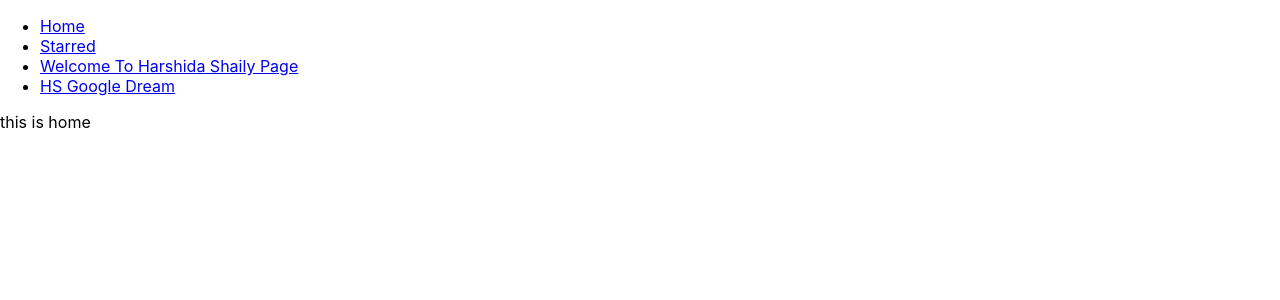
Repository: HARSHIDA18/box-office
Page: /
An editor plug-in stored every save of this project. The page is shown before and after the next save, followed by the edit.
The browser window is 1280 px wide. The pictures show the whole page.
The project was rebuilt for these pictures with package versions that can differ from the ones it lists, and the page was loaded fresh each time. A package was used in the major version that the imports need, not the one package.json lists. Also part of the build but not shown: src/pages/Starred.js. Imported but missing from the stored project, and not drawn on this page: src/serviceWorkerRegistration.

Above is the page before, as saved 2022-06-17 00:42:08.

After the next save:
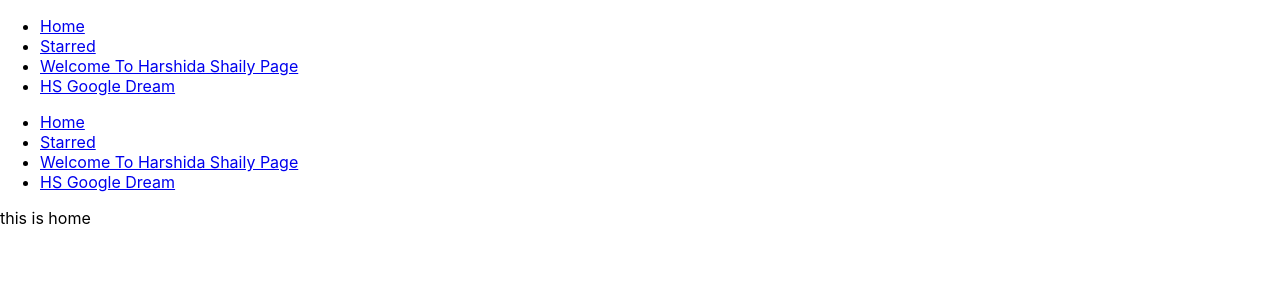
Saved 29 s later.
--- a/src/pages/Home.js
+++ b/src/pages/Home.js
@@ -1,7 +1,8 @@
 import React from 'react';
+import MainPageLayout from '../components/MainPageLayout';
 
 function Home() {
-  return <div>this is home</div>;
+  return <MainPageLayout>this is home</MainPageLayout>;
 }
 
 export default Home;

After the 2 saves that followed:
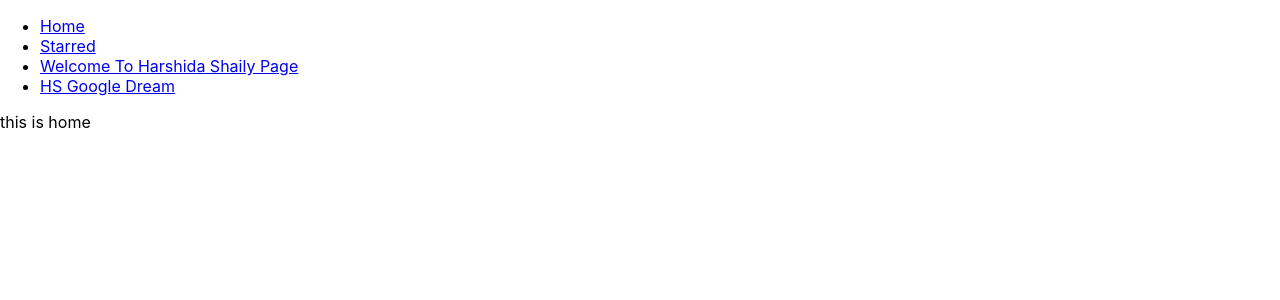
The 2 saves are shown as one change because 1 did not build or start.
The last was saved 42 s later.
--- a/src/App.js
+++ b/src/App.js
@@ -9,23 +9,19 @@ import Starred from './pages/Starred';
 
 function App() {
   return (
-    <div>
-      <Navs />
+    <Switch>
+      <Route exact path="/">
+        <Home />
+      </Route>
 
-      <Switch>
-        <Route exact path="/">
-          <Home />
-        </Route>
+      <Route exact path="/starred">
+        <Starred />
+      </Route>
 
-        <Route exact path="/starred">
-          <Starred />
-        </Route>
-
-        <Route>
-          <div>Not found</div>
-        </Route>
-      </Switch>
-    </div>
+      <Route>
+        <div>Not found</div>
+      </Route>
+    </Switch>
   );
 }
 
